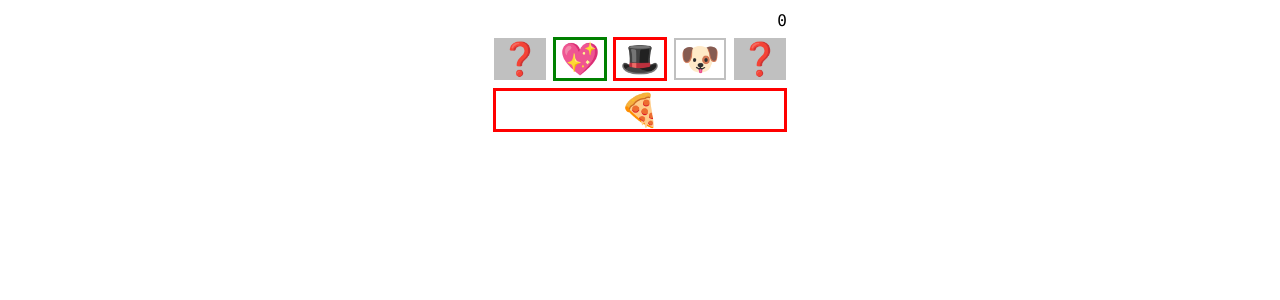
Repository: Fabezio/memory-ocr
Page: /
An editor plug-in stored every save of this project. The page is shown before and after the next save, followed by the edit.
The browser window is 1280 px wide. The pictures show the whole page.
The project was rebuilt for these pictures with package versions that can differ from the ones it lists, and the page was loaded fresh each time.

Above is the page before, as saved 2021-04-22 21:01:34.

After the next save:
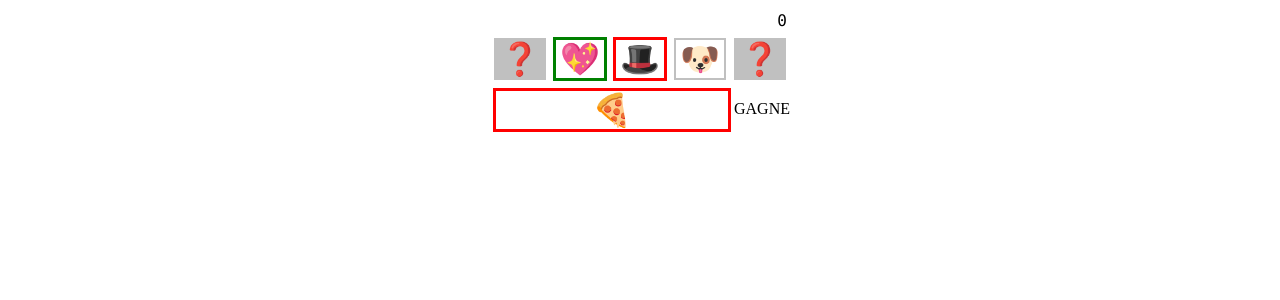
Saved 23 s later.
--- a/src/App.js
+++ b/src/App.js
@@ -27,6 +27,7 @@ class App extends Component {
             onClick={this.handleCardClick}
           />
         ))}
+        {won && <p>GAGNE</p>}
         {/* <Card card='😃' feedback='hidden' />
         <Card card='💖' feedback='justMatched' />
         <Card card='🎩' feedback='justMismatched' />
